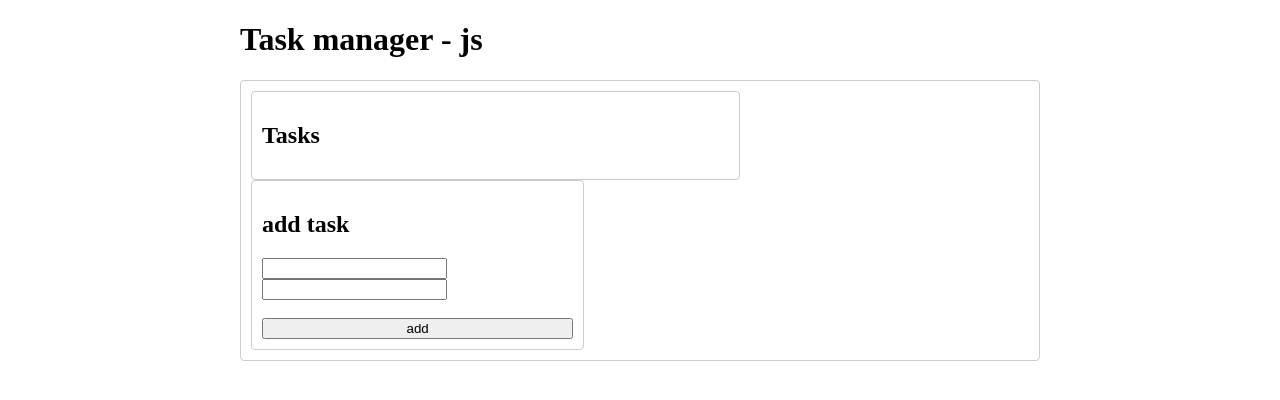
Repository: iKrekus/taskmgr-js
Page: index.html
An editor plug-in stored every save of this project. The page is shown before and after the next save, followed by the edit.
The browser window is 1280 px wide. The pictures show the whole page.

Above is the page before, as saved 2024-03-15 13:25:23.

### index.html
<!DOCTYPE html>
<html>
<head>
  <meta charset='utf-8'>
  <meta http-equiv='X-UA-Compatible' content='IE=edge'>
  <title>Task manager - js</title>
  <meta name='viewport' content='width=device-width, initial-scale=1'>
  <link rel='stylesheet' type='text/css' media='screen' href='style.css'>
</head>
<body>
<main class="task-mgr">
  <h1>Task manager - js</h1>
  <div class="container">
    <div class="task-mgr__tasks-box container">
      <h2>Tasks</h2>
      <ul class="task-mgr__list">
      </ul>
    </div>
    <div class="task-mgr__add-task container">
      <h2>add task</h2>
      <label for="title">
        <input type="text" name="title" id="task-title" class="task-mgr__field">
      </label>
      <label for="description">
        <input type="text" name="description" id="task-description" class="task-mgr__field">
      </label>
      <br>
      <br>
      <button type="button" class="task-mgr-btn task-mgr-btn__add" id="btn-add">add</button>
    </div>
  </div>
</main>
<template id="task-tmpl">
  <li>
  <p class="task-title"></p>
  <p class="task-description"></p>
  <button type="button" class="btn btn__remove">Clear</button>
  </li>
</template>
<script src='app.js'></script>
</body>
</html>

### style.css
.task-mgr {
  max-width: 800px;
  margin: 0 auto;
}

li {
  list-style-type: none;
  padding: 0;
}

.task-mgr__container {
  display: flex;
  gap: 10px;
}

.task-mgr__tasks-box {
  width: 60%;
}

.task-mgr__add-task {
  width: 40%;
}

.task-mgr-btn {
  width: 100%;
}

.container {
  border: 1px solid #cccccc;
  border-radius: 4px;
  padding: 10px;
}

### app.js
const taskTitleField = document.querySelector('#task-title');
const taskDescriptionField = document.querySelector('#task-description');
const buttonAdd = document.querySelector('#btn-add');
const taskTitle = document.querySelector('.task-mgr__list');
const taskTemplate = document.querySelector('#task-tmpl').content;

buttonAdd.addEventListener('click', function () {
  if (taskTitleField.value && taskDescriptionField.value) {
  createTask(taskTitleField.value, taskDescriptionField.value);
  clear();
  }

})

function clear(){
  taskTitleField.value='';
  taskDescriptionField.value='';
};

function createTask (name, description) {
  const task = taskTemplate.cloneNode(true);
  task.querySelector('.task-title').textContent = name;
  task.querySelector('.task-description').textContent = description;
  task.querySelector('.btn__remove').addEventListener('click', function(){
    this.closest('LI').remove();
  });
  renderTask(task)
}

function renderTask (task) {
  const taskElement = document.createDocumentFragment();
  taskElement.append(task);
  taskTitle.append(taskElement);
}

After the next save:
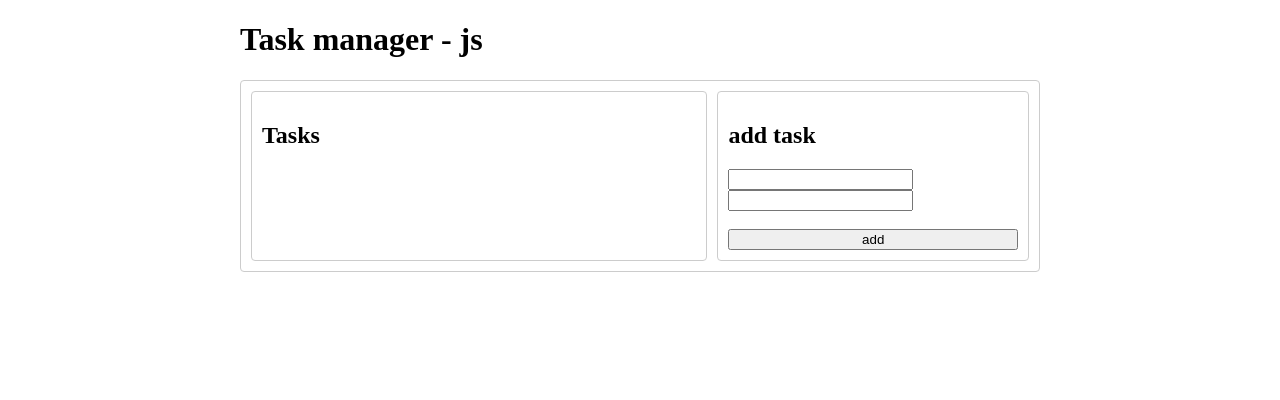
Saved 6 s later.
--- a/index.html
+++ b/index.html
@@ -10,7 +10,7 @@
 <body>
 <main class="task-mgr">
   <h1>Task manager - js</h1>
-  <div class="container">
+  <div class="task-mgr__container container">
     <div class="task-mgr__tasks-box container">
       <h2>Tasks</h2>
       <ul class="task-mgr__list">
